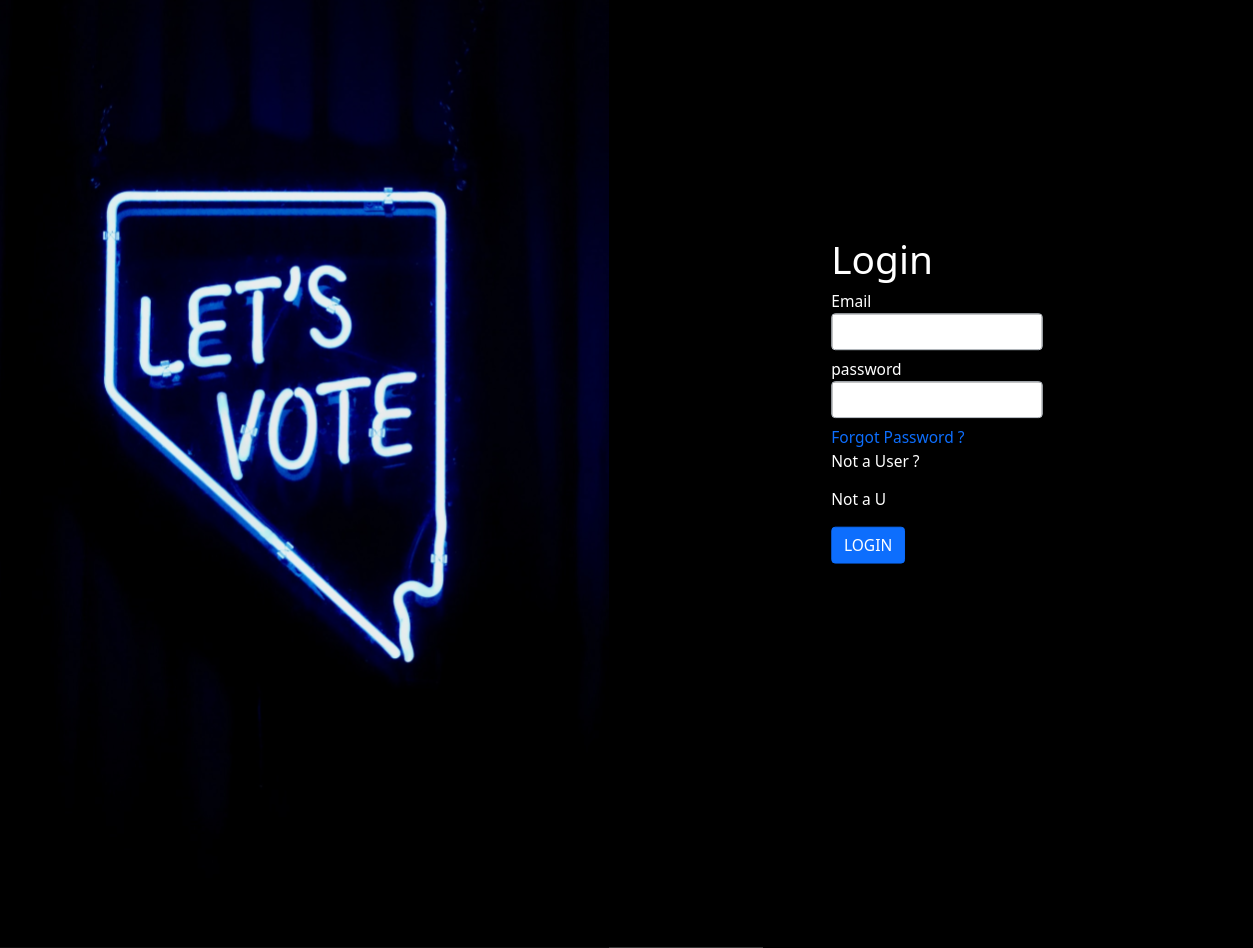
Repository: DavidManiIbrahim/Voting-app
Page: Login.html
The author's editor kept a copy of each file at every save. The page is drawn from the files as they stood at one save, then again after a run of saves.
The browser window is 1280 px wide. The page is 1292 px wide, so the pictures cover 1292 px, including what lies to the right of the window. The pictures show the whole page, at 97% of full size.

Above is the page before, as saved 2025-01-18 07:10:36.

### Login.html
<!DOCTYPE html>
<html lang="en">
<head>
    <meta charset="UTF-8">
    <meta name="viewport" content="width=device-width, initial-scale=1.0">
    <title>Login Page</title>
    <link rel="stylesheet" href="./bootstrap.css">
</head>
<body>

<style>
    form{
        position: relative;
        top: 20%;
    }
    .hero{
        background: #000;
    }
</style>

<div class="row hero">
    <div class="col-md  container-fluid">
        <img src="./unsplash_LA1VawaCjjI.svg" alt="login image" class=" img-fluid" width="100%">
    </div>
    <div class="col-md text-white align-items-center">
        <form action="" class="w-50 p-5 m-auto ">
            <h1>Login</h1>
            <label for="email" class="form-label">Email  <br>
                <input class="form-control" type="text">
            </label> <br>
            <label class="form-label"" for="password">password  <br>
                <input class="form-control" type="password" class="form-text">
            </label> <br>
            <span class="text-primary">Forgot Password ?</span> <br>
            <p>Not a User ?</p>
            <p>Not a U</p>
            <button class="btn btn-primary">LOGIN</button>
        </form>
    </div>
</div>








<script src="./bootstrap.min.js"></script>
</body>
</html>

Loaded but not shown: bootstrap.css (library); bootstrap.min.js (library)

After the next 4 saves:
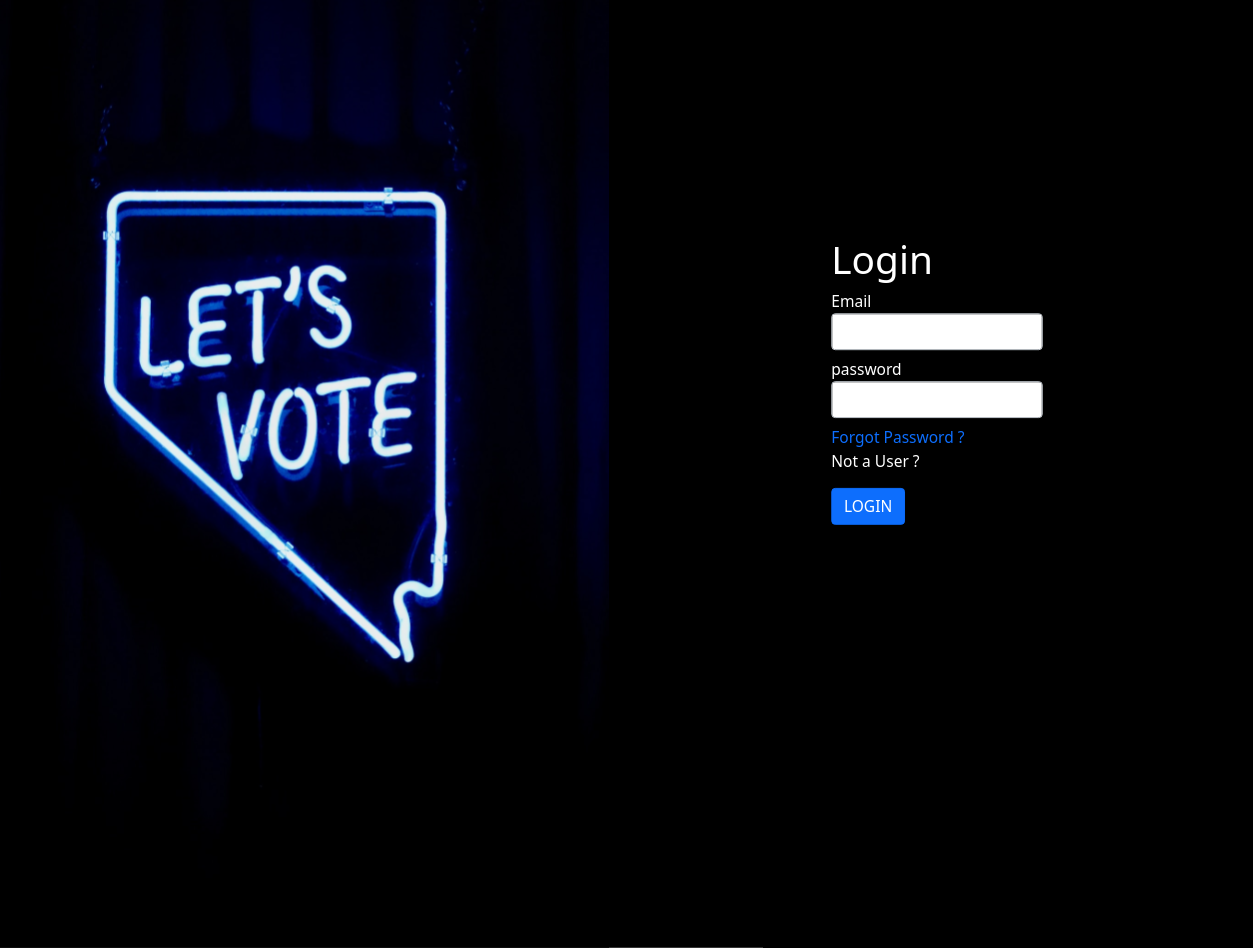
The 4 saves are shown as one change because they came seconds apart.
The last was saved 12 s later.
--- a/Login.html
+++ b/Login.html
@@ -33,7 +33,7 @@
             </label> <br>
             <span class="text-primary">Forgot Password ?</span> <br>
             <p>Not a User ?</p>
-            <p>Not a U</p>
+            <p></p>
             <button class="btn btn-primary">LOGIN</button>
         </form>
     </div>
